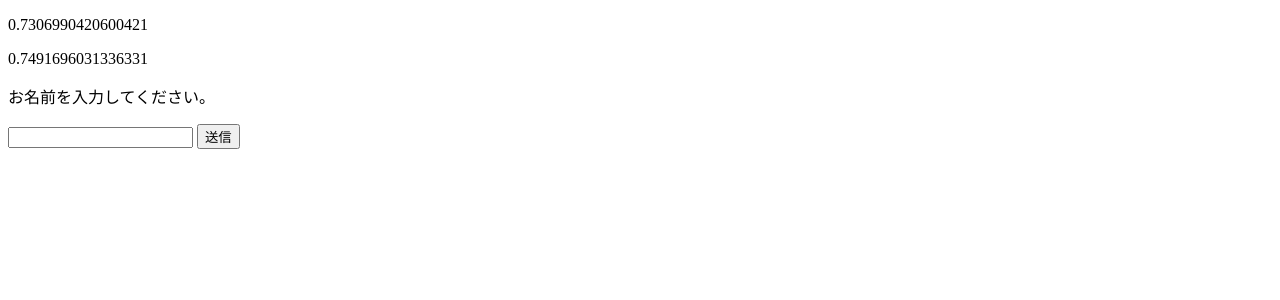
Repository: Guitared315/test
Page: http://localhost/HelloJSP/
An editor plug-in stored every save of this project. The page is shown before and after the next save, followed by the edit.
The browser window is 1280 px wide. The pictures show the whole page.
The page is served by Tomcat 9. Nobody is signed in. The application's start-up code is not run.

Above is the page before, as saved 2018-02-16 07:40:55.

### Java/HelloJSP/WebContent/index.jsp
<%@ page language="java" contentType="text/html; charset=UTF-8"
	pageEncoding="UTF-8"%>
<!DOCTYPE html>
<html>
<head>
<meta charset="utf-8">
<title>TEST</title>
</head>

<body>
	<p><% out.println(Math.random()); %></p>
	<p><%= Math.random() %></p>

	<p>お名前を入力してください。</p>
	<form method="post" action="greeting-out.jsp">
	<input type="text" name="user">
	<input type="submit" value="送信">
	</form>
</body>
</html>

After the next save:
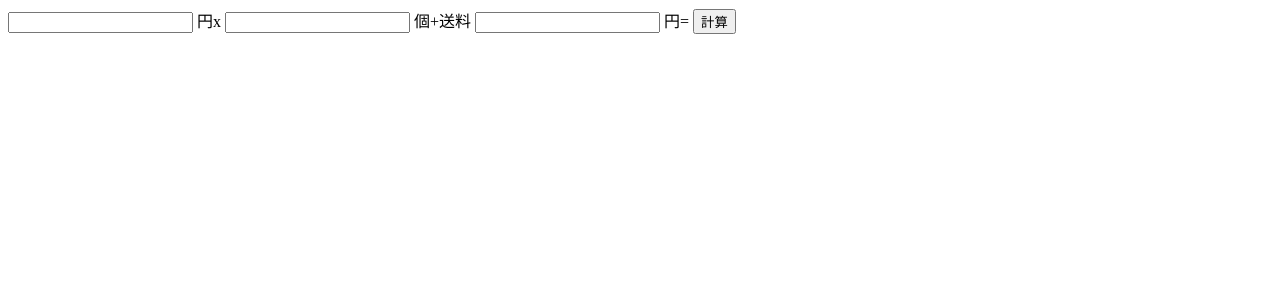
Saved 2 min 43 s later.
--- a/Java/HelloJSP/WebContent/index.jsp
+++ b/Java/HelloJSP/WebContent/index.jsp
@@ -8,13 +8,14 @@
 </head>
 
 <body>
-	<p><% out.println(Math.random()); %></p>
-	<p><%= Math.random() %></p>
-
-	<p>お名前を入力してください。</p>
-	<form method="post" action="greeting-out.jsp">
-	<input type="text" name="user">
-	<input type="submit" value="送信">
+	<form method="post" action="total-out.jsp">
+	<input type="text" name="price">
+	円x
+	<input type="text" name="count">
+	個+送料
+	<input type="text" name="delivery">
+	円=
+	<input type="submit" value="計算">
 	</form>
 </body>
 </html>
